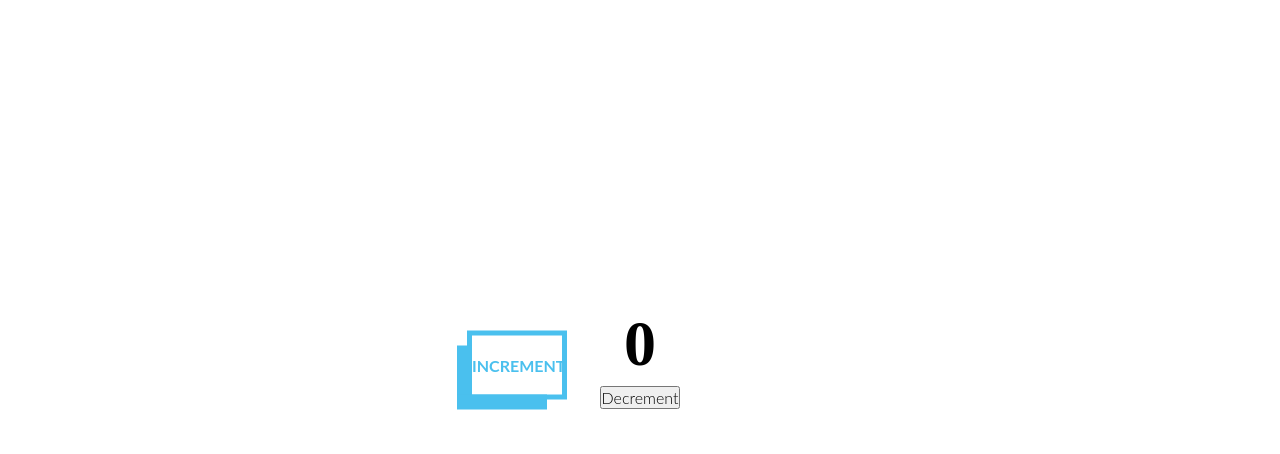
Repository: Ellisvelandia/react_introduction_test
Page: /
The author's editor kept a copy of each file at every save. The page is drawn from the files as they stood at one save, then again after the next save.
The browser window is 1280 px wide. The pictures show the whole page.
The project was rebuilt for these pictures with package versions that can differ from the ones it lists, and the page was loaded fresh each time. Also part of the build but not shown: src/index.css.

Above is the page before, as saved 2022-08-15 20:08:16.

After the next save:
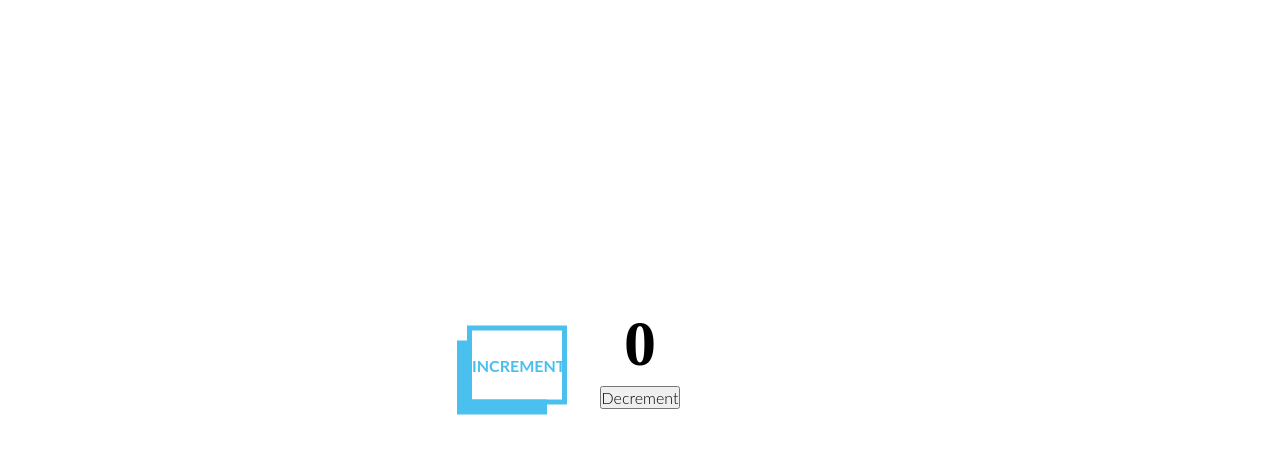
Saved 8 s later.
--- a/src/App.scss
+++ b/src/App.scss
@@ -38,7 +38,7 @@ button {
 
   background: #fff;
   max-width: 100px;
-  padding: 20px 0px;
+  padding: 25px 0px;
 
   border: 5px solid #4ac0ee;
   color: #4ac0ee;
